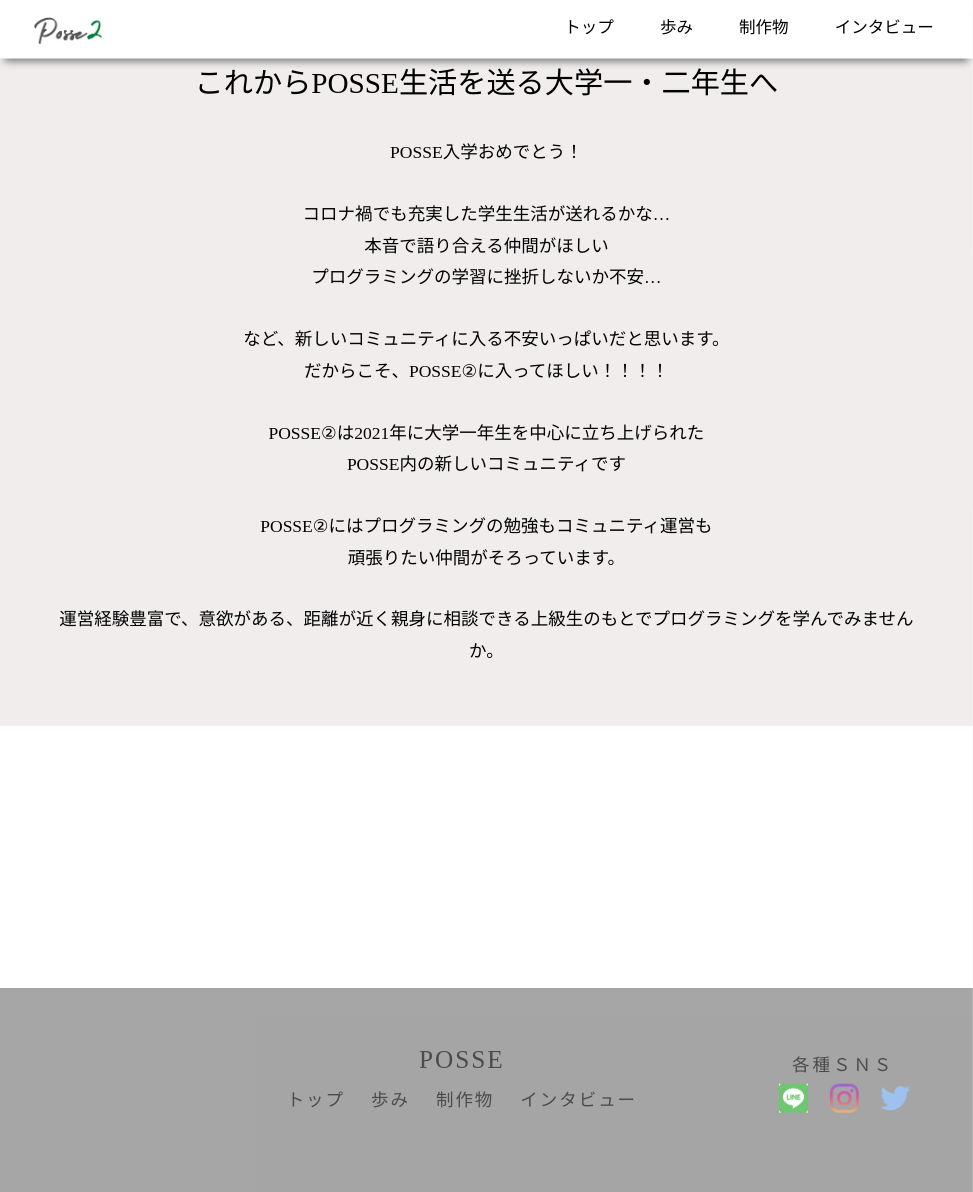
Repository: posse-ap/posse2-hackathon-202202-team2A
Page: topPage/index.html
The author's editor kept a copy of each file at every save. The page is drawn from the files as they stood at one save, then again after the next save.
The browser window is 1280 px wide. The pictures show the whole page, at 76% of full size.

Above is the page before, as saved 2022-02-15 03:17:26.

### topPage/index.html
<!DOCTYPE html>
<html lang="en">

<head>
    <meta charset="UTF-8" />
    <meta http-equiv="X-UA-Compatible" content="IE=edge" />
    <meta name="viewport" content="width=device-width, initial-scale=1.0" />
    <title>Document</title>
    <link rel="stylesheet" href="/reset.css" />
    <link rel="stylesheet" href="/topPage/style.css" />
</head>

<body>
    <!-- <header id="header" class="header">
        <div class="header_content">
            <div class="header_title">
                <img src="/topPage images/S__31211608.jpg" alt="" class="header_title_img">
            </div>
            <div class="header_links">
                <ul>
                    <li><a href="">トップページ</a></li>
                    <li><a href="">活動記録</a></li>
                    <li><a href="">日常の記録</a></li>
                    <li><a href="">保護者の方へ</a></li>
                </ul>
            </div>
        </div>
    </header> -->

    <header id="header" class="header">
        <div class="header_content">
            <div class="header_title">
                <img src="/topPage images/S__31211608.jpg" alt="" class="header_title_img">
            </div>
            <!-- ①サイトタイトル -->
            <div class="nav-wrapper header_links">
                <!-- ②ナビゲーションメニュー -->
                <nav class="header-nav">
                    <ul class="nav-list">
                        <li class="nav-item">
                            <a href="">トップ</a>
                        </li>
                        <li class="nav-item">
                            <a href="">歩み</a>
                        </li>
                        <li class="nav-item">
                            <a href="">制作物</a>
                        </li>
                        <li class="nav-item">
                            <a href="">インタビュー</a>
                        </li>
                    </ul>
                </nav>
            </div>
            <button class="burger-btn">
                <!-- ③ハンバーガーボタン -->
                <span class="bar bar_top"></span>
                <span class="bar bar_mid"></span>
                <span class="bar bar_bottom"></span>
            </button>
        </div>
    </header>

    <section class="section">
        <div>
            <h2>これからPOSSE生活を送る大学一・二年生へ</h2>
        <p>POSSE入学おめでとう！</p>
        <p>コロナ禍でも充実した学生生活が送れるかな…<br>
            本音で語り合える仲間がほしい<br>
            プログラミングの学習に挫折しないか不安…<br>
            </p>
        <p>など、新しいコミュニティに入る不安いっぱいだと思います。<br>
            だからこそ、POSSE②に入ってほしい！！！！
            </p>
        <p>POSSE②は2021年に大学一年生を中心に立ち上げられた<br>POSSE内の新しいコミュニティです</p>
        <p> POSSE②にはプログラミングの勉強もコミュニティ運営も<br>頑張りたい仲間がそろっています。</p>
        <p>運営経験豊富で、意欲がある、距離が近く親身に相談できる上級生のもとでプログラミングを学んでみませんか。</p>
        </div>
    </section>



    <footer class="footer">
        <div class='footer_box'>
            <div class="footer_box1">
                <div class='footer_official_box'>
                    <label for="logo"><p>POSSE</p></label>
                    <!-- <a id='logo'  href="https://posse.anti-pattern.co.jp/"><img class='posse_logo_footer' src="img\posseLogo.png" alt="ポッセロゴ"></a> -->
                </div>
                <div class='footer_other_box'>
                    <div class='footer_page_in_site'>
                        <a href="">トップ</a>
                        <a href="">歩み</a>
                        <a href="">制作物</a>
                        <a href="">インタビュー</a>
                    </div>
                </div>
            </div>
            <div class='SNS'>
                <p>各種ＳＮＳ</p>
                <div class='SNS_box'>
                    <a href=""><img src="/topPage images/LINE.png" alt=""></a>
                    <a href="https://instagram.com/posse_programming?utm_medium=copy_link"><img src="/topPage images/instagram2.png" alt="instagram"></a>
                    <a href="https://twitter.com/posse_program?s=20"><img src="/topPage images/twitter2.png" alt="twitter"></a>
                </div>
            </div>
        </div>
    </footer>

    <script src="https://ajax.googleapis.com/ajax/libs/jquery/3.6.0/jquery.min.js"></script>
    <script src="/topPage/script.js"></script>
</body>

</html>

### topPage/style.css
html {
    font-size: 1vw;
}

body {
    text-align: center;
    margin: 0 auto;
    font-family: "ヒラギノ丸ゴ Pro W4", "ヒラギノ丸ゴ Pro", "Hiragino Maru Gothic Pro", "ヒラギノ角ゴ Pro W3", "Hiragino Kaku Gothic Pro", "HG丸ｺﾞｼｯｸM-PRO", "HGMaruGothicMPRO";
}

.header_content {
    width: 95%;
    height: 90%;
    display: flex;
    justify-content: space-between;
    opacity: 1;
    margin: 0 6rem 0.3rem 1rem;
}

.header_title {
    display: flex;
}

.header_title_img {
    display: block;
    width: 12rem;
    height: 4rem;
    opacity: 1;
}



.header_links {
    width: 40%;
    padding: 1rem 0 0 0;
}

.header_links ul {
    display: flex;
    justify-content: space-between;
}

.header_links li a {
    display: block;
    color: black;
    text-decoration: none;
    font-size: 1.7rem;
}

.header_links li a:hover {
    opacity: 0.4;
    transform: translate(0, -5px);
}


.header {
    width: 100%;
    height: 6rem;
    background: white;
    position: fixed;
    top: 0;
    left: 0;
    padding-top: 1.1rem;
    box-sizing: border-box;
    z-index: 5;
    box-shadow: 0px 10px 10px -5px rgba(0, 0, 0, 0.5);
}

.SNS_box{
    width: 150%;
}


/* -------------------- */
/* header
  /* -------------------- */
/* .header {
    align-items: center;
    background-color: #1b1310;
    border-bottom: 1px solid #fff;
    color: #fff;
    display: flex;
    height: 74px;
    justify-content: space-between;
    padding: 0 120px;
} */

/* .nav-list {

    display: flex;
} */

/* .nav-item {

    margin-right: 55px;
} */

.burger-btn {
    display: none;
}

/* ------------------ */
/* fv
  /* ------------------ */
.fv {
    align-items: center;
    background-color: #141414;
    background-image: url(../img/fv-bgi@2x.jpg);
    background-position: center;
    background-size: cover;
    display: flex;
    flex-direction: column;
    height: 90vh;
    justify-content: center;
}

/* .main-copy {
    border: 2px solid #fff;
    color: #fff;
    font-size: 50px;
    font-weight: bold;
    padding: 34px 42px;
} */

/* ------------------ */
/* about
  /* ------------------ */
.section-title {
    font-size: 36px;
    font-weight: bold;
    letter-spacing: .05em;
    margin-bottom: 70px;
    text-align: center;
}

h3 {
    font-size: 2.4rem;
    font-weight: bold;
    letter-spacing: .1em;
    line-height: 2;
    margin-bottom: 40px;
}

.section-wrapper {
    padding: 100px 10% 50px;
}

@media screen and (min-width:541px) and (max-width:1024px) {
    .header{
        height: 10rem;
    }

    .header_content{
        padding-top: 2rem;
    }

    .header_title_img{
        width: 100%;
        height: 70%;
    }

    .header_links li a{
        font-size: 2.7rem;
        margin-top: 0;
    }

    .header_links{
        width: 50%;
    }
}

@media screen and (max-width:540px) {

    /* ----------------------- */
    /* base_sp
    /* ----------------------- */
    /* デフォルトのbuttonスタイルをリセット */
    button {
        -webkit-appearance: none;
        -moz-appearance: none;
        appearance: none;
        background: transparent;
        border: 0;
        border-radius: 0;
        color: inherit;
        cursor: pointer;
        font: inherit;
        margin: 0;
        outline: none;
        padding: 0;
        vertical-align: middle;
    }

    /* ------------------ */
    /* humberger-menu */
    /* ------------------ */
    .header {
        padding: 0;
        height: 15rem;
    }

    .header_title_img{
        margin-top: 2rem;
        width: 30rem;
        height: 10rem;
    }

    /* 以下、ハンバーガーボタン */
    .burger-btn {
        display: block;
        height: 22%;
        position: relative;
        width: 20%;
        z-index: 3;
        /* codepenの挙動のため */
        background-color: transparent;
        border: none;
        margin-top: 6rem;
    }



    .bar {
        background-color: black;
        display: block;
        height: 0.1rem;
        left: 50%;
        position: absolute;
        transform: translateX(-50%);
        width: 7rem;
    }

    .bar_top {
        top: 3rem;
    }

    .bar_mid {
        top: 50%;
        transform: translate(-50%, -50%);
    }

    .bar_bottom {
        bottom: 3rem;
    }

    .burger-btn.close{
        margin-top: 8.4rem;
    }

    .burger-btn.close .bar_top {
        transform: translate(-50%,-4.3rem) rotate(45deg);
        transition: transform .3s;
    }

    .burger-btn.close .bar_mid {
        opacity: 0;
        transition: opacity .3s;
    }

    .burger-btn.close .bar_bottom {
        transform: translate(-50%, -1rem) rotate(-45deg);
        transition: transform .3s;
    }

    /* スクロール制御 */
    .noscroll {
        overflow: hidden;
    }

    /* 以下、ハンバーガーメニュー */
    .nav-wrapper {
        visibility: hidden;
        height: 100vh;
        left: 0;
        position: fixed;
        top: 0;
        width: 100vw;
        opacity: 0;
        transition: opacity .5s;
        z-index: 2;
        /*キービジュアルと.btn_triggerとの重なりの前後関係を調整*/
    }

    .header-nav {
        background-color: white;
        height: 100%;
        width: 100%;
        z-index: 2;
    }

    .header_links ul{
        display: block;
    }

    .nav-list {
        display: block;
        left: 50%;
        position: absolute;
        text-align: center;
        top: 50%;
        transform: translate(-50%, -50%);
    }

    .nav-item {
        margin-bottom: 40px;
        margin-right: 0;
    }

    .header_links li a{
        font-size: 5rem;
    }

    /* メニューオープン時 */
    .nav-wrapper.fade {
        opacity: 1;
        visibility: visible;
    }

    /* ------------------ */
    /* fv */
    /* ------------------ */
    .main-copy {
        font-size: 30px;
    }

    /* ------------------ */
    /* about */
    /* ------------------ */
    h3 {
        font-size: 20px;
        margin-bottom: 30px;
    }

    .section-wrapper {
        padding: 100px 5% 50px;
    }
}

/* ふったー */
.footer {
    background-color: grey;
    opacity: 0.7;
}

.footer_box {
    width: 65%;
    height: 15rem;
    display: flex;
    justify-content: space-around;
    padding: 6rem 0 0 0;
    position: relative;
    right: -23%;
    margin-top: 27rem;
}

.footer_official_box label p {
    color: black;
    font-size: 2.6rem;
    letter-spacing: 0.2rem;
}

.footer_official_box label p:hover {
    opacity: 0.4;
    transform: translate(0, -5px);
}

.footer_page_in_site a {
    color: black;
    text-decoration: none;
    font-size: 1.8rem;
    letter-spacing: 0.2rem;
}

.footer_page_in_site a:hover {
    opacity: 0.4;
    transform: translate(0, -5px);
}

.SNS {
    width: 14%;
}

.SNS_box a {
    margin: 1rem;
}

.SNS_box a img {
    width: 3rem;
    height: 3rem;
}

.SNS_box a :hover {
    opacity: 0.4;
    transform: translate(0, -5px);
}

.SNS p {
    color: black;
    font-size: 1.8rem;
    margin: 1rem 0;
    margin-left: 6rem;
    letter-spacing: 0.3rem;
    white-space: nowrap;
}

/* .SNS p:hover {
    opacity: 0.4;
    transform: translate(0, -5px);
} */

.posse_logo_footer {
    width: 80%;
    height: 40%;
}

.footer_other_box {
    font-size: 1.5rem;
    letter-spacing: 0.3rem;
    margin: 2rem;
}

.footer_page_in_site a {
    margin: 0 1rem;
}

.SNS_box{width: 250%;}

@media screen and (min-width:541px) and (max-width:1024px) {
    .footer{
        height: 30rem;
    }

    .footer_official_box label p{
        font-size: 7rem;
    }

    .SNS p{
        display: block;
        margin-left: 0;
        margin: 3rem auto;
        font-size: 3rem;
        white-space: nowrap;
    }

    .footer_page_in_site a{
        font-size: 3rem;
    }

    .footer_box{
        width: 75%;
        display: block;
        right: -13%;
    }

    .SNS{
        margin: 0 auto;
        width: 100%;
    }

    .SNS_box{
        width: 100%;
    }


    .footer_official_box label p{
        font-size: 4rem;
    }

    .SNS_box a img {
        width: 5rem;
        height: 5rem;
    }
}


@media screen and (max-width:540px) {
    .footer_box {
        display: block;
        height: 20rem;
        margin:  20rem 0;
        right: -5%;
        width: 90%;
    }

    .footer_official_box label p{
        font-size: 10rem;
    }

    .footer_page_in_site a{
        font-size: 5rem;
        display: block;
    }

    .footer_page_in_site{
        display: block;
        line-height: 7rem;
    }

    .footer{
        height: 70rem;
    }

    .SNS{
        margin: 0 auto;
        width: 100%;
    }

    .SNS p{
        margin-left: 0;
        display: block;
        width: 50rem;
        margin: 3rem auto;
        font-size: 7rem;
        white-space: nowrap
    }

    .SNS_box{
        width: 100%;
    }

    .SNS_box a img {
        width: 7rem;
        height: 7rem;
    }
}

.section div {
    background-color: rgb(241, 237, 237);
    padding: 3rem;
}

.section div h2 {
    font-size: 3rem;
    margin: 4rem;
}

.section div p {
    font-size: 1.8rem;
    margin: 3rem;
    line-height: 3.3rem;
}

.section2 {
    padding: 7rem 0;
}

.highlight {
    background: linear-gradient(transparent 50%, #f6ff5f 80%);
}

### topPage/script.js
$('.burger-btn').on('click', function () {//.btn_triggerをクリックすると
    $('.burger-btn').toggleClass('close');//.btn_triggerにcloseクラスを付与(ボタンのアニメーション)
    $('.nav-wrapper').toggleClass('fade');//.nav-wrapperに
    $('body').toggleClass('noscroll');//bodyにnoscrollクラスを付与(スクロールを固定)
});

Loaded but not shown: reset.css (common file)

After the next save:
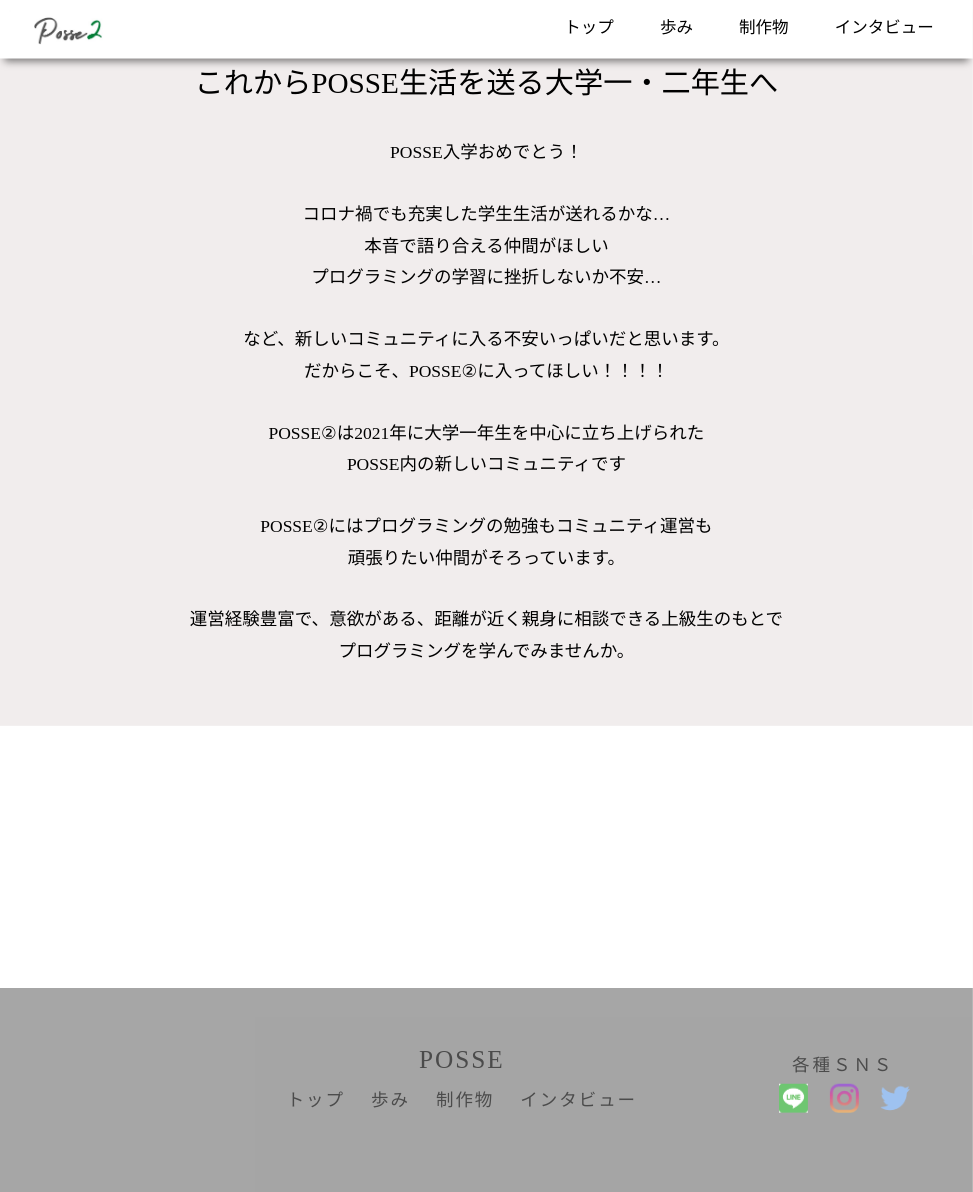
Saved 12 s later.
--- a/topPage/index.html
+++ b/topPage/index.html
@@ -74,7 +74,7 @@
             </p>
         <p>POSSE②は2021年に大学一年生を中心に立ち上げられた<br>POSSE内の新しいコミュニティです</p>
         <p> POSSE②にはプログラミングの勉強もコミュニティ運営も<br>頑張りたい仲間がそろっています。</p>
-        <p>運営経験豊富で、意欲がある、距離が近く親身に相談できる上級生のもとでプログラミングを学んでみませんか。</p>
+        <p>運営経験豊富で、意欲がある、距離が近く親身に相談できる上級生のもとで<br>プログラミングを学んでみませんか。</p>
         </div>
     </section>
 
